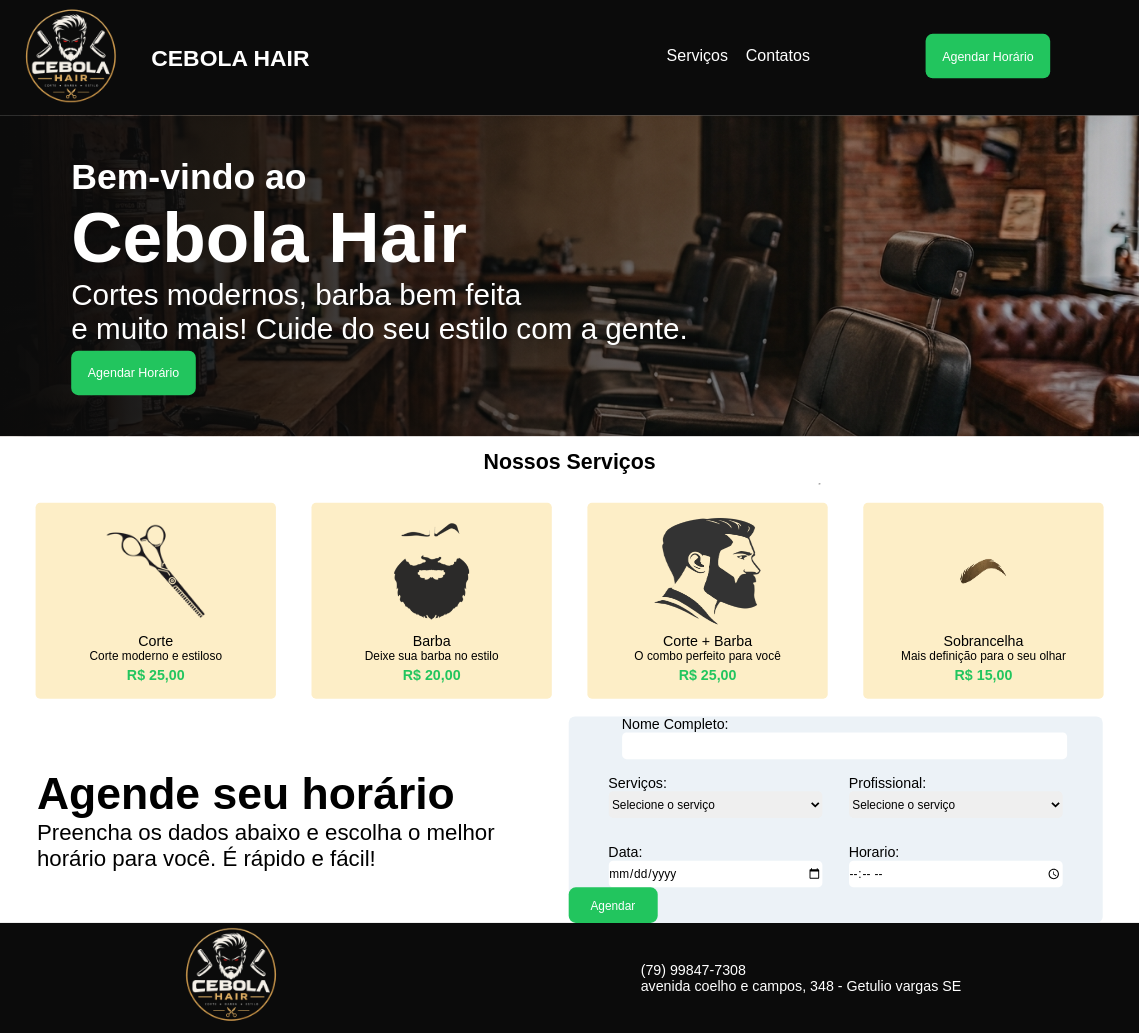
Repository: antonymsantana-design/final.activitie1
Page: index.html
The author's editor kept a copy of each file at every save. The page is drawn from the files as they stood at one save, then again after the next save.
The browser window is 1280 px wide. The pictures show the whole page, at 89% of full size.

Above is the page before, as saved 2026-09-15 20:05:30.

After the next save:
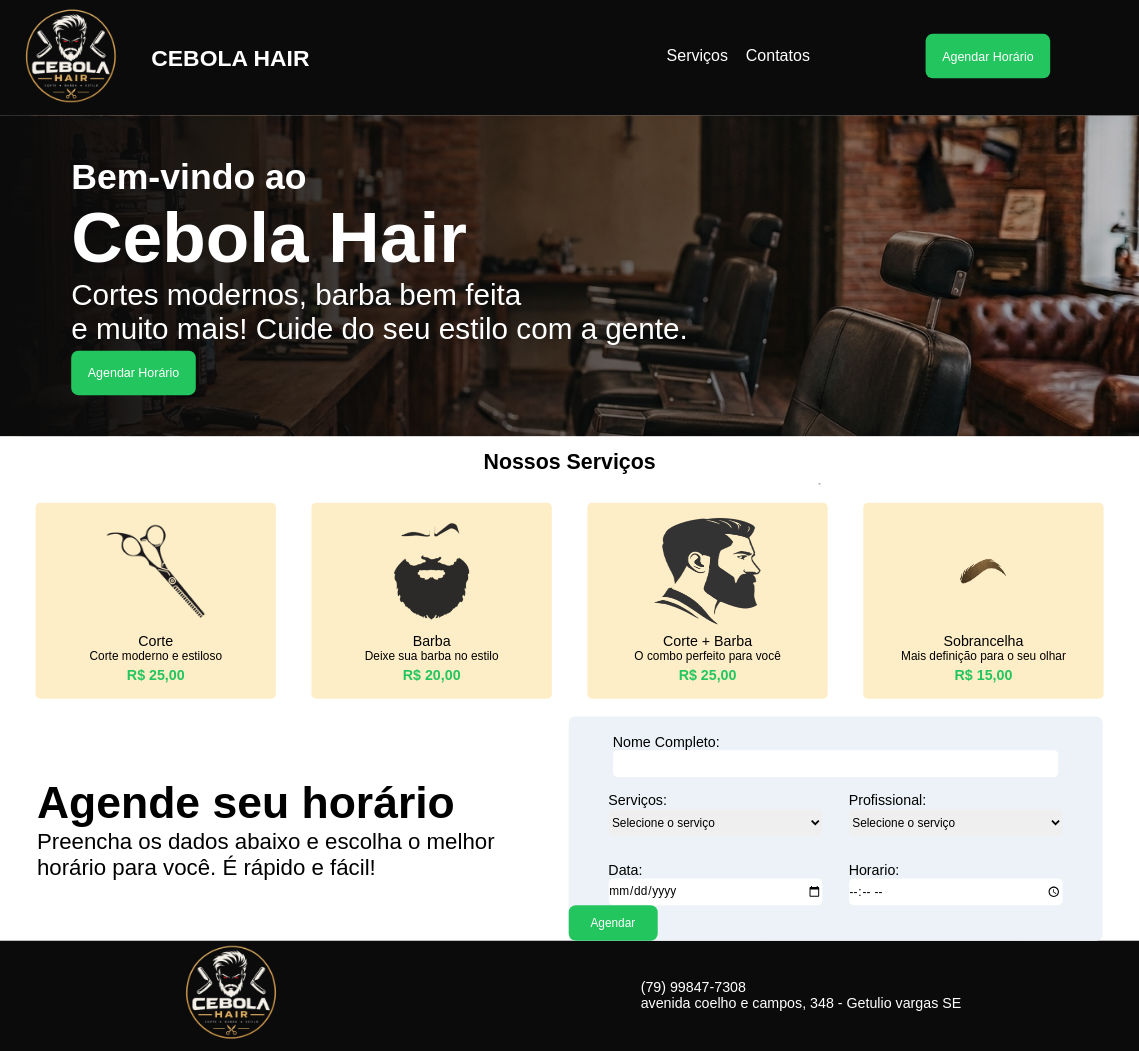
Saved 4 s later.
--- a/style.css
+++ b/style.css
@@ -177,7 +177,7 @@ hr {
 }
 
 .formCima{
-    padding-left: 20px;
+    padding-top: 20px;
     display: flex;
     justify-content: center;
     align-items: center;
